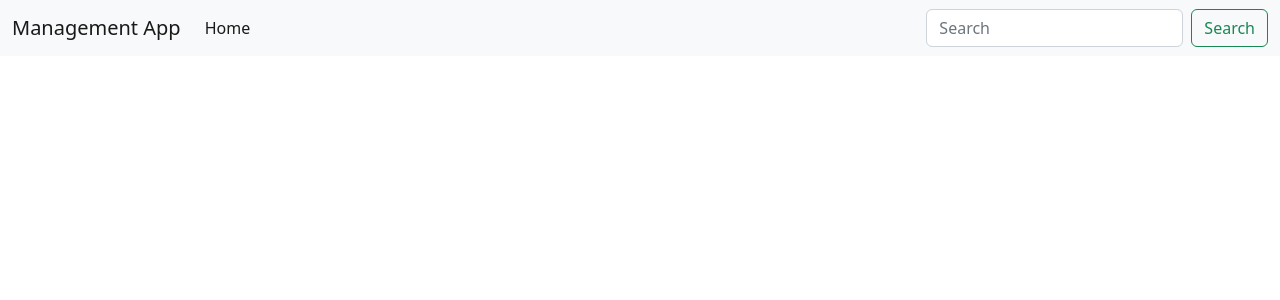
Repository: iamevs/Employee-Management-System
Page: / (app in client/)
An editor plug-in stored every save of this project. The page is shown before and after the next save, followed by the edit.
The browser window is 1280 px wide. The pictures show the whole page.
The page's requests for data from a server got no answer. The project was rebuilt for these pictures with package versions that can differ from the ones it lists, and the page was loaded fresh each time. No one was signed in, and anything a server would have sent is missing. Also part of the build but not shown: client/vite.config.js, client/src/components/Register.jsx, client/src/components/Edit.jsx. Imported but missing from the stored project, and not drawn on this page: client/src/components/Details.

Above is the page before, as saved 2022-11-27 18:00:54.

### client/index.html
<!DOCTYPE html>
<html lang="en">
  <head>
    <meta charset="UTF-8" />
    <link rel="icon" type="image/svg+xml" href="/vite.svg" />
    <meta name="viewport" content="width=device-width, initial-scale=1.0" />
    <title>employee-management</title>
  </head>
  <body>
    <div id="root"></div>
    <script type="module" src="/src/main.jsx"></script>
  </body>
</html>

### client/src/main.jsx
import React, { StrictMode } from 'react';
import ReactDOM from 'react-dom';
import { createRoot } from "react-dom/client";
import './index.css';
import App from './App';
import { BrowserRouter } from "react-router-dom"
import ContextProvider from "./components/context/ContextProvider";
// root.render(
//   <StrictMode>
//   <ContextProvider>
//     <BrowserRouter>
//       <App />
//     </BrowserRouter>
//   </ContextProvider>
//   </StrictMode>
//   ,
//   document.getElementById('root')
// );


createRoot(document.getElementById('root')).render(
  <ContextProvider>
    <BrowserRouter>
      <App />
    </BrowserRouter>
  </ContextProvider>
)

### client/src/App.jsx
import './App.css';
import "../node_modules/bootstrap/dist/css/bootstrap.min.css"
import "../node_modules/bootstrap/dist/js/bootstrap.bundle.min.js"
import Navbar from './components/Navbar';
import Home from './components/Home';
import Register from './components/Register';
import Edit from './components/Edit';
import Details from './components/Details';
import {Routes,Route} from "react-router-dom"




function App() {
  return (
   <>
    <Navbar />
    <Routes>
      <Route exact path="/" component={Home} />
      <Route exact path="/register" component={Register} />
      <Route exact path="/edit/:id" component={Edit} />
      <Route exact path="/view/:id" component={Details} />
    </Routes>

   </>
  );
}

export default App;

### client/src/components/context/ContextProvider.jsx
import React, { createContext, useState } from 'react'


export const adddata = createContext("");
export const updatedata = createContext("");
export const deldata = createContext("");

const ContextProvider = ({ children }) => {

    const [udata, setUdata] = useState("");
    const [updata, setUPdata] = useState("");
    const [dltdata, setDLTdata] = useState("");


    return (
        <adddata.Provider value={{ udata, setUdata }}>
            <updatedata.Provider value={{ updata, setUPdata }}>
                <deldata.Provider value={{dltdata, setDLTdata}}>
                    {children}
                </deldata.Provider>

            </updatedata.Provider>

        </adddata.Provider>
    )
}

export default ContextProvider;

### client/src/components/Navbar.jsx
import React from 'react'
import { NavLink } from 'react-router-dom'


const Navbar = () => {
    return (
        <header>
            <nav className="navbar navbar-expand-lg navbar-light bg-light">
                <div className="container-fluid">
                    <NavLink className="navbar-brand" to="/">Management App</NavLink>
                    <button className="navbar-toggler" type="button" data-bs-toggle="collapse" data-bs-target="#navbarSupportedContent" aria-controls="navbarSupportedContent" aria-expanded="false" aria-label="Toggle navigation">
                        <span className="navbar-toggler-icon"></span>
                    </button>
                    <div className="collapse navbar-collapse" id="navbarSupportedContent">
                        <ul className="navbar-nav me-auto mb-2 mb-lg-0">
                            <li className="nav-item">
                                <a className="nav-link active" aria-current="page" href="#">Home</a>
                            </li>

                        </ul>
                        <form className="d-flex">
                            <input className="form-control me-2" type="search" placeholder="Search" aria-label="Search" />
                            <button className ="btn btn-outline-success" type ="submit">Search</button>
                        </form>
                    </div>
                </div>
            </nav>
        </header>
    )
}

export default Navbar

### client/src/App.css
.add_btn{
  text-align: right;
}

.container{
  overflow: auto;
}

.left_view h3{
  font-size: 21px;
}

.left_view p{
  font-weight: 600;
}

.left_view span{
  font-weight: 400;
}

.right_view p{
  font-weight: 600;
}


.right_view span{
  font-weight: 400;
}

### client/src/components/Home.jsx
import React, { useState, useEffect, useContext } from 'react'
import RemoveRedEyeIcon from '@mui/icons-material/RemoveRedEye';
import CreateIcon from '@mui/icons-material/Create';
import DeleteOutlineIcon from '@mui/icons-material/DeleteOutline';
import { NavLink } from 'react-router-dom';
import { adddata, deldata } from './context/ContextProvider';
import { updatedata } from './context/ContextProvider'




const Home = () => {

    const [getuserdata, setUserdata] = useState([]);
    console.log(getuserdata);

    const { udata, setUdata } = useContext(adddata);

    const {updata, setUPdata} = useContext(updatedata);

    const {dltdata, setDLTdata} = useContext(deldata);

    const getdata = async () => {

        const res = await fetch("/getusers", {
            method: "GET",
            headers: {
                "Content-Type": "application/json"
            }
        });

        const data = await res.json();
        console.log(data);

        if (res.status === 422 || !data) {
            console.log("error ");

        } else {
            setUserdata(data)
            console.log("get data");

        }
    }

    useEffect(() => {
        getdata();
    }, [])

    const deleteuser = async (id) => {

        const res2 = await fetch(`/deleteuser/${id}`, {
            method: "DELETE",
            headers: {
                "Content-Type": "application/json"
            }
        });

        const deletedata = await res2.json();
        console.log(deletedata);

        if (res2.status === 422 || !deletedata) {
            console.log("error");
        } else {
            console.log("user deleted");
            setDLTdata(deletedata)
            getdata();
        }

    }


    return (

        <>
            {
                udata ?
                    <>
                        <div class="alert alert-success alert-dismissible fade show" role="alert">
                            <strong>{udata.name}</strong>  added succesfully!
                            <button type="button" class="btn-close" data-bs-dismiss="alert" aria-label="Close"></button>
                        </div>
                    </> : ""
            }
            {
                updata ?
                    <>
                        <div class="alert alert-success alert-dismissible fade show" role="alert">
                            <strong>{updata.name}</strong>  updated succesfully!
                            <button type="button" class="btn-close" data-bs-dismiss="alert" aria-label="Close"></button>
                        </div>
                    </> : ""
            }

            {
                dltdata ?
                    <>
                        <div class="alert alert-danger alert-dismissible fade show" role="alert">
                            <strong>{dltdata.name}</strong>  deleted succesfully!
                            <button type="button" class="btn-close" data-bs-dismiss="alert" aria-label="Close"></button>
                        </div>
                    </> : ""
            }


            <div className="mt-5">
                <div className="container">
                    <div className="add_btn mt-2 mb-2">
                        <NavLink to="/register" className="btn btn-primary">Add data</NavLink>
                    </div>

                    <table class="table">
                        <thead>
                            <tr className="table-dark">
                                <th scope="col">id</th>
                                <th scope="col">Username</th>
                                <th scope="col">email</th>
                                <th scope="col">Job</th>
                                <th scope="col">Number</th>
                                <th scope="col"></th>
                            </tr>
                        </thead>
                        <tbody>

                            {
                                getuserdata.map((element, id) => {
                                    return (
                                        <>
                                            <tr>
                                                <th scope="row">{id + 1}</th>
                                                <td>{element.name}</td>
                                                <td>{element.email}</td>
                                                <td>{element.work}</td>
                                                <td>{element.mobile}</td>
                                                <td className="d-flex justify-content-between">
                                                    <NavLink to={`view/${element.id}`}> <button className="btn btn-success"><RemoveRedEyeIcon /></button></NavLink>
                                                    <NavLink to={`edit/${element.id}`}>  <button className="btn btn-primary"><CreateIcon /></button></NavLink>
                                                    <button className="btn btn-danger" onClick={() => deleteuser(element.id)}><DeleteOutlineIcon /></button>
                                                </td>
                                            </tr>
                                        </>
                                    )
                                })
                            }
                        </tbody>
                    </table>


                </div>
            </div>
        </>
    )
}

export default Home

Loaded but not shown: client/src/index.css (common file)

After the next save:
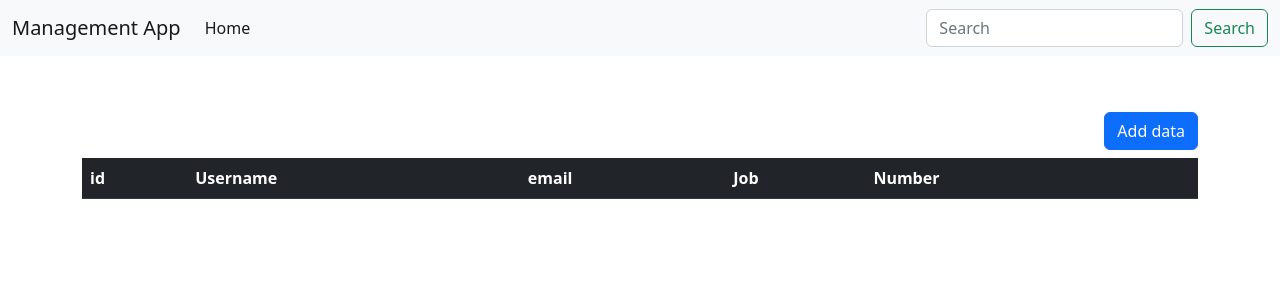
Saved 15 s later.
--- a/client/src/App.jsx
+++ b/client/src/App.jsx
@@ -15,6 +15,7 @@ function App() {
   return (
    <>
     <Navbar />
+    <Home />
     <Routes>
       <Route exact path="/" component={Home} />
       <Route exact path="/register" component={Register} />

After the save that followed:
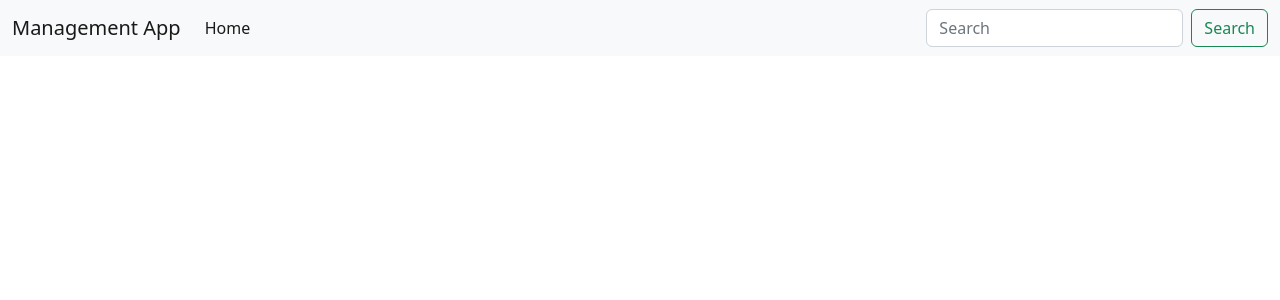
Saved 58 s later.
--- a/client/src/App.jsx
+++ b/client/src/App.jsx
@@ -15,9 +15,9 @@ function App() {
   return (
    <>
     <Navbar />
-    <Home />
+    {/* <Home /> */}
     <Routes>
-      <Route exact path="/" component={Home} />
+      <Route  path="/" component={Home} />
       <Route exact path="/register" component={Register} />
       <Route exact path="/edit/:id" component={Edit} />
       <Route exact path="/view/:id" component={Details} />
